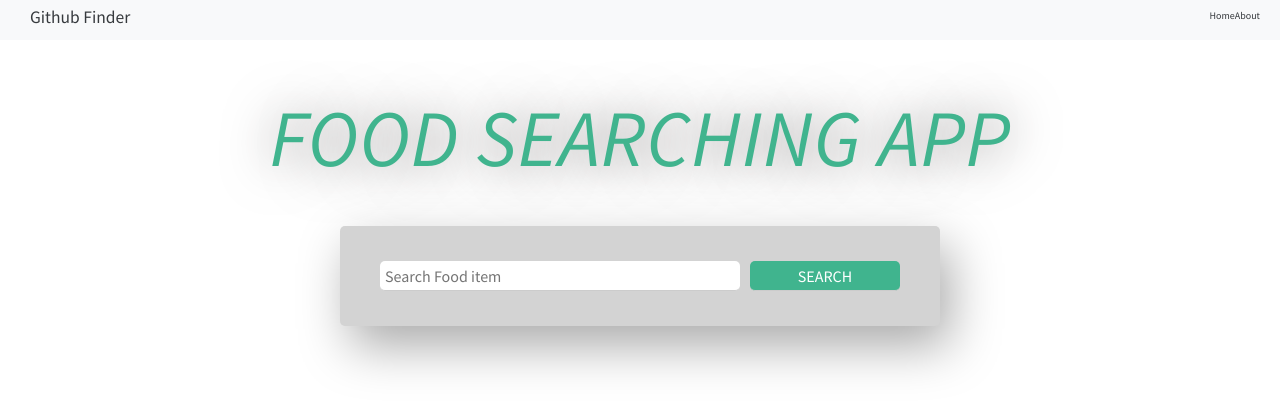
Repository: priyavmehta/React-Food-Recipe-App
Page: /
An editor plug-in stored every save of this project. The page is shown before and after the next save, followed by the edit.
The browser window is 1280 px wide. The pictures show the whole page.
The project was rebuilt for these pictures with package versions that can differ from the ones it lists, and the page was loaded fresh each time. Also part of the build but not shown: src/Components/RecipeDetails.js, src/Components/Recipe.js, src/Components/Alert.js.

Above is the page before, as saved 2020-07-11 22:00:13.

After the next save:
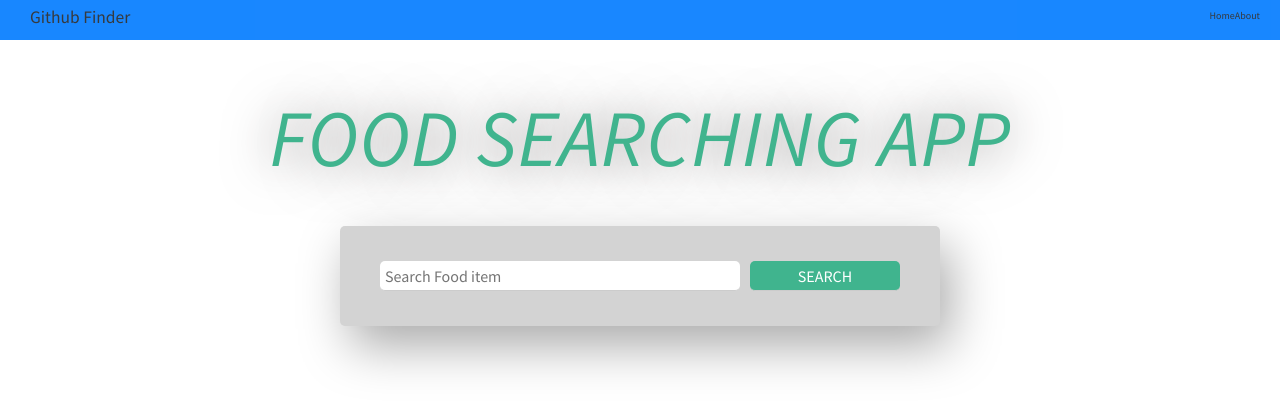
Saved 13 s later.
--- a/src/Components/Navbar.js
+++ b/src/Components/Navbar.js
@@ -5,7 +5,7 @@ import { Link } from 'react-router-dom'
 const Navbar = ({icon, title}) => {
 
     return (
-        <nav className = "navbar bg-light">
+        <nav className = "navbar bg-primary">
             <h3>
                 <i className ={icon} style = {{marginRight : 10 + 'px'}}/> {title}
             </h3>
